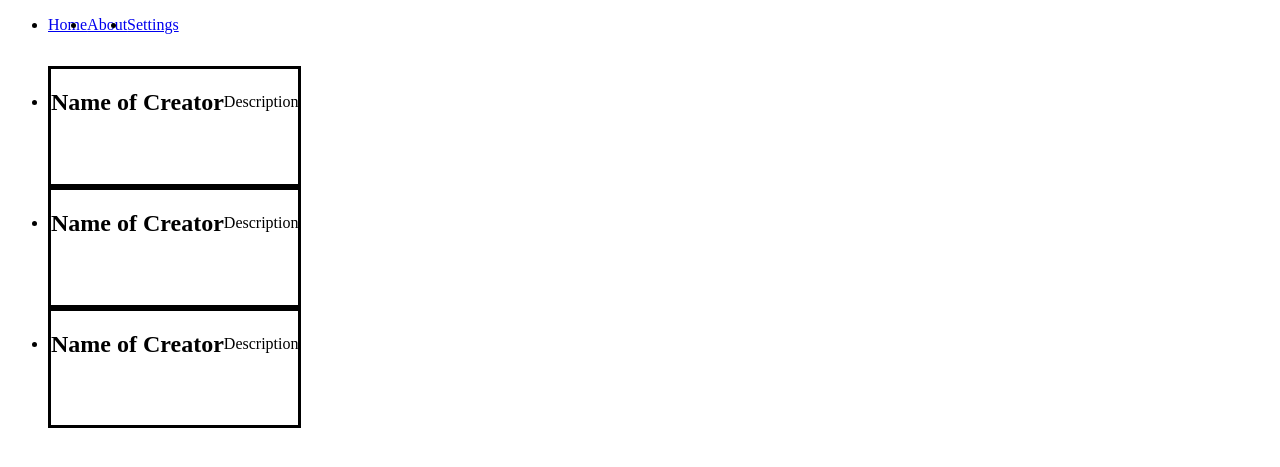
Repository: k8ANStar/Questify
Page: /About
These files come from the project's save history. The page is drawn as it stood at one moment and after the next save; the edit follows.
The browser window is 1280 px wide. The pictures show the whole page.
The project was rebuilt for these pictures with package versions that can differ from the ones it lists, and the page was loaded fresh each time. The framework's server and built-in components were replaced by stand-ins that run in the browser. Also part of the build but not shown: next.config.mjs.

Above is the page before, as saved 2024-03-24 21:46:48.

After the next save:
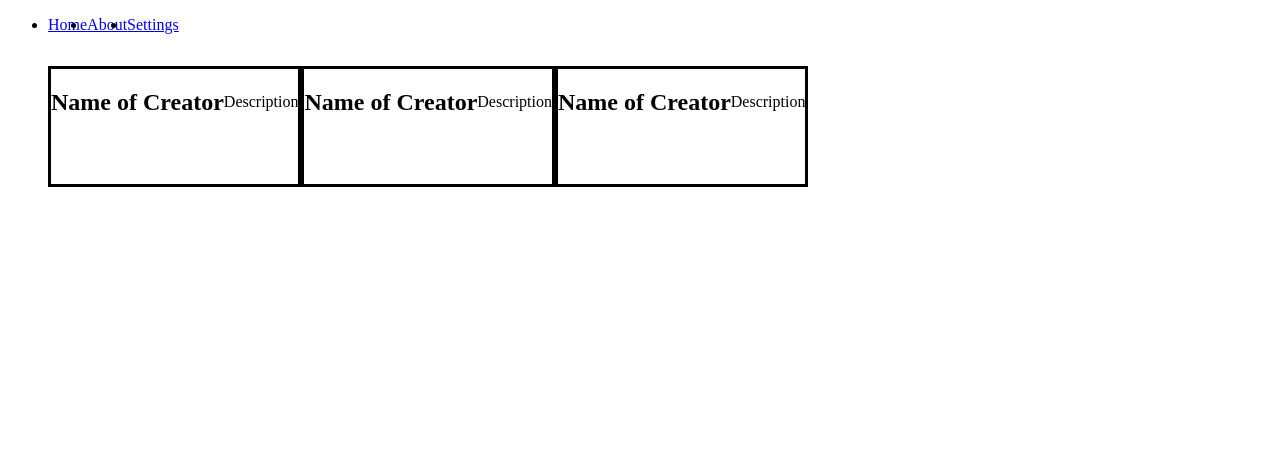
Saved 22 s later.
--- a/styles/About.module.css
+++ b/styles/About.module.css
@@ -1,4 +1,4 @@
-.cardList {
+.cardList, .list {
 	justify-content: space-between;
 	display: flex;
 	list-style-type: none;

After the save that followed:
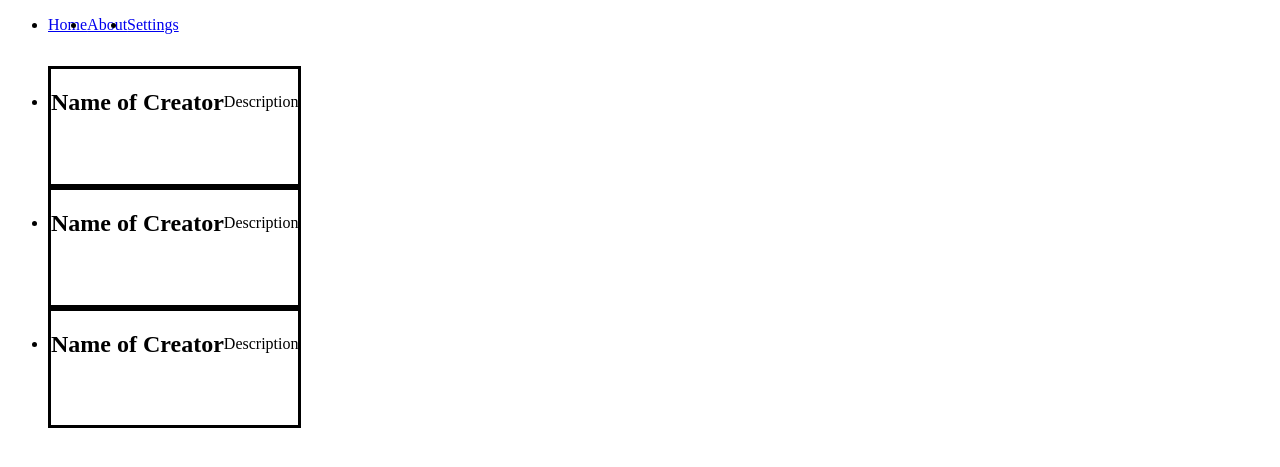
Saved 7 s later.
--- a/styles/About.module.css
+++ b/styles/About.module.css
@@ -1,4 +1,4 @@
-.cardList, .list {
+.cardList {
 	justify-content: space-between;
 	display: flex;
 	list-style-type: none;
